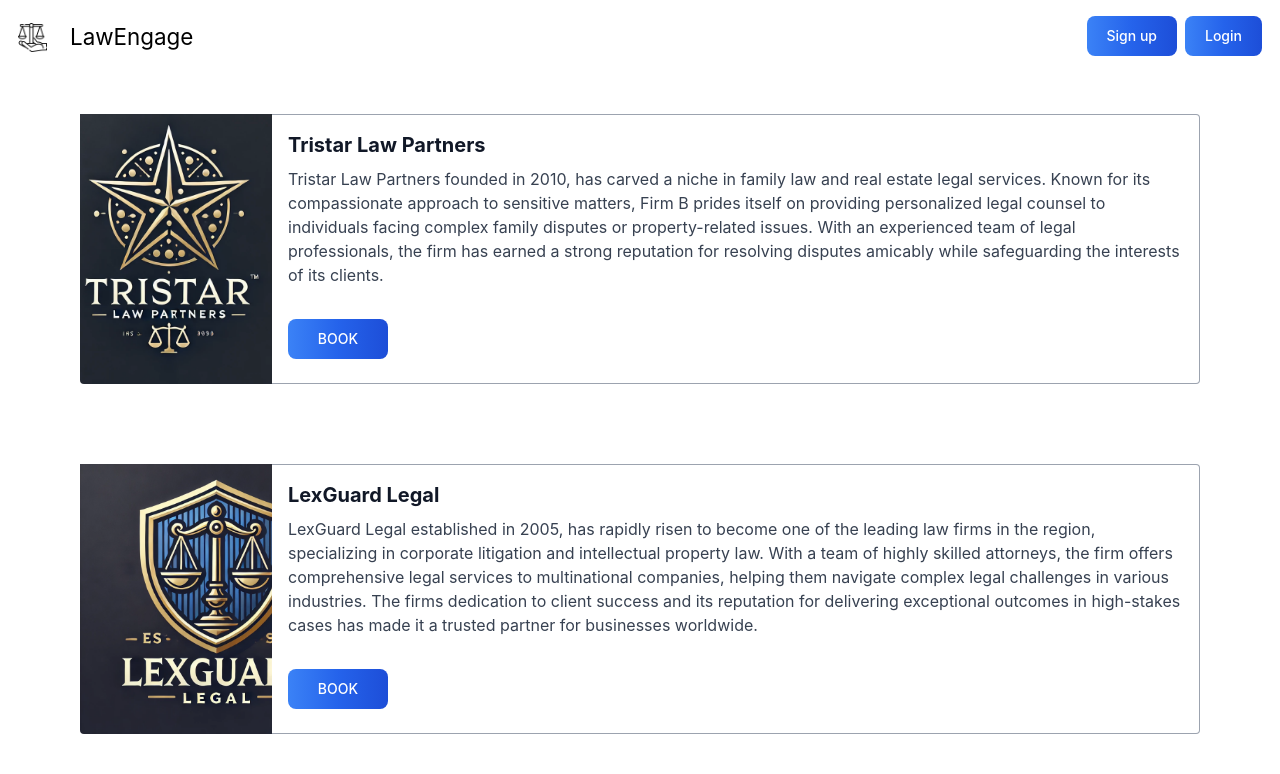
Repository: khushijain8/Lawyer-appointment-application
Page: /book (app in frontend/)
An editor plug-in stored every save of this project. The page is shown before and after the next save, followed by the edit.
The browser window is 1280 px wide. The pictures show the whole page.
The project was rebuilt for these pictures with package versions that can differ from the ones it lists, and the page was loaded fresh each time. Also part of the build but not shown: frontend/src/App.css, frontend/src/components/Signup/Signup.css, frontend/src/components/Signup/Signup.jsx, frontend/src/components/Login/Login.css, frontend/src/components/Login/Login.jsx, frontend/src/components/LawyerHistoryContainer/LawyerHistoryContainer.css, frontend/src/components/LawyerHistoryContainer/LawyerHistoryContainer.jsx, frontend/src/components/Admin/Admin.jsx and 5 more.

Above is the page before, as saved 2025-01-26 19:19:31.

### frontend/src/index.js
import React from 'react';
import ReactDOM from 'react-dom/client';
import './index.css';
import App from './App';
import reportWebVitals from './reportWebVitals';
import {BrowserRouter} from 'react-router-dom';
import {Provider} from 'react-redux';
import {store} from './redux/store';
const root = ReactDOM.createRoot(document.getElementById('root'));
root.render(
  <React.StrictMode>
    <Provider store={store}>
     <BrowserRouter>
      <App />
    </BrowserRouter>
    </Provider>
  </React.StrictMode>
);

// If you want to start measuring performance in your app, pass a function
// to log results (for example: reportWebVitals(console.log))
// or send to an analytics endpoint. Learn more: https://bit.ly/CRA-vitals
reportWebVitals();

### frontend/src/App.js
import './App.css';

import {Route,Routes} from 'react-router-dom';
import Signup from './components/Signup/Signup';
import {Login} from './components/Login/Login';
import Navbar from './components/Navbar/Navbar';
import Book from './components/Book/Book';
import Admin from './components/Admin/Admin';
import FrontPage from './components/FrontPage/FrontPage';
import Firm from './components/Firms/Firm';
import LawyerHistoryContainer from './components/LawyerHistoryContainer/LawyerHistoryContainer';

function App() {
  return (
    <>
      <Navbar></Navbar>
      <Routes>
        <Route path='/signup' element={<Signup/>}/>
        <Route path='/login' element={<Login/>}/>
        <Route path='/book' element={<Book/>}/>
        <Route path='/' element={<FrontPage/>}/>
        <Route path='/admin' element={<Admin/>}/>
        <Route path='/firm' element={<Firm/>}/>
        <Route path='/admin/firm' element={<LawyerHistoryContainer/>}/>
      </Routes>

    </>
  );
}

export default App;

### frontend/src/redux/store.js
import {configureStore} from '@reduxjs/toolkit'
import LawyerReducer from './Lawyer/lawyerSlice'

export const store=configureStore({
    reducer:{
        lawyer:LawyerReducer
    },
})

### frontend/src/components/Navbar/Navbar.jsx
import React from 'react'
import lawlogo from '../../assets/law.png';
import './Navbar.css';
import {useNavigate} from 'react-router-dom';
function Navbar() {
    const navigate=useNavigate()
  return (
    <>
        <div className='navbar flex-col sm:flex-row '>
            <div className="left-nav">
                <img className = "logo px-2 py-2" src={lawlogo} alt="logo"></img>
                <span className="heading">LawEngage</span>
            </div>
            <div className='right-nav flex justify-center items-center md:order-2'>
                <button class="text-white bg-gradient-to-r from-blue-500 via-blue-600 to-blue-700 hover:bg-gradient-to-br focus:ring-4 focus:outline-none focus:ring-blue-300 dark:focus:ring-blue-800 font-medium rounded-lg text-sm px-5 py-2.5 text-center me-2 mb-2"onClick={()=>navigate('/signup')}>Sign up</button>
                <button class="text-white bg-gradient-to-r from-blue-500 via-blue-600 to-blue-700 hover:bg-gradient-to-br focus:ring-4 focus:outline-none focus:ring-blue-300 dark:focus:ring-blue-800 font-medium rounded-lg text-sm px-5 py-2.5 text-center me-2 mb-2" onClick={()=>navigate('/login')}>Login</button>
            </div>
        </div>

    </>
  )
}

export default Navbar

### frontend/src/components/Book/Book.jsx
import React from 'react'
import { useNavigate } from 'react-router-dom'
import { useDispatch } from 'react-redux';
import { setFirm } from '../../redux/Lawyer/lawyerSlice';
import lexguard from '../../assets/lexguard.png';
import tristar from '../../assets/tristar.png';
import './Book.css';
function Book() {
  const navigate=useNavigate();
  const dispatch=useDispatch();
  const handleClick=(firm)=>{
    dispatch(setFirm(firm));
    navigate('/firm');
  }
  return (
    <>
    <div className='root-div mx-10 ' >
      <div className="max-w-sm w-full lg:max-w-full lg:flex p-10">
        <div className="h-48 lg:h-auto lg:w-48 flex-none bg-cover rounded-t lg:rounded-t-none lg:rounded-l text-center overflow-hidden" style={{ backgroundImage: `url(${tristar})`, backgroundSize: 'cover', backgroundPosition: 'center' }}>
        </div>
        <div className="border-r border-b border-l border-gray-400 lg:border-l-0 lg:border-t lg:border-gray-400 bg-white rounded-b lg:rounded-b-none lg:rounded-r p-4 flex flex-col justify-between leading-normal">
          <div className="mb-8">
            <div className="text-gray-900 font-bold text-xl mb-2">Tristar Law Partners</div>
            <p className="text-gray-700 text-base"> Tristar Law Partners founded in 2010, has carved a niche in family law and real estate legal services. Known for its compassionate approach to sensitive matters, Firm B prides itself on providing personalized legal counsel to individuals facing complex family disputes or property-related issues. With an experienced team of legal professionals, the firm has earned a strong reputation for resolving disputes amicably while safeguarding the interests of its clients.</p>
          </div>
          <button className="book-but text-white bg-gradient-to-r from-blue-500 via-blue-600 to-blue-700 hover:bg-gradient-to-br focus:ring-4 focus:outline-none focus:ring-blue-300 dark:focus:ring-blue-800 font-medium rounded-lg text-sm px-5 py-2.5 text-center me-2 mb-2" onClick={()=>handleClick('firm1')}>BOOK</button>
        </div>
      </div>

      <div className="max-w-sm w-full lg:max-w-full lg:flex p-10">
        <div className="h-48 lg:h-auto lg:w-48 flex-none bg-cover rounded-t lg:rounded-t-none lg:rounded-l text-center overflow:hidden" style={{ backgroundImage: `url(${lexguard})` }}>
        </div>
        <div className="border-r border-b border-l border-gray-400 lg:border-l-0 lg:border-t lg:border-gray-400 bg-white rounded-b lg:rounded-b-none lg:rounded-r p-4 flex flex-col justify-between leading-normal">
          <div className="mb-8">

            <div className="text-gray-900 font-bold text-xl mb-2">LexGuard Legal</div>
            <p className="text-gray-700 text-base">LexGuard Legal established in 2005, has rapidly risen to become one of the leading law firms in the region, specializing in corporate litigation and intellectual property law. With a team of highly skilled attorneys, the firm offers comprehensive legal services to multinational companies, helping them navigate complex legal challenges in various industries. The firms dedication to client success and its reputation for delivering exceptional outcomes in high-stakes cases has made it a trusted partner for businesses worldwide.</p>
          </div>
            <button className="book-but text-white bg-gradient-to-r from-blue-500 via-blue-600 to-blue-700 hover:bg-gradient-to-br focus:ring-4 focus:outline-none focus:ring-blue-300 dark:focus:ring-blue-800 font-medium rounded-lg text-sm px-5 py-2.5 text-center me-2 mb-2" onClick={()=>handleClick('firm2')}>BOOK</button>

        </div>

      </div>
    </div>
    </>
  )
}

export default Book

### frontend/src/redux/Lawyer/lawyerSlice.js
import { createAsyncThunk,createSlice} from "@reduxjs/toolkit"
import axios from 'axios';
const initialState={
    loading:false,
    lawyers:[],
    error:'',
    selectedSlot: {
        lawyerId: null,
        slotIndex: null,
    },
    firm:null,
}

export const fetchLawyers=createAsyncThunk('Lawyer/fetchLawyers',async (_, { getState })=>{
    const { firm } = getState().lawyer;
    return axios
    .get(`http://localhost:8080/lawyers/${firm}`)
        .then((response) => {
            console.log("API Response:", response.data);
            return response.data;
        })
        .catch((error) => {
            console.log("API Error:", error);
            throw error;
        });
})

export const bookSlot = createAsyncThunk("Lawyer/bookSlot", async (_, { getState, rejectWithValue }) => {
    const { firm } = getState().lawyer;
    const {selectedSlot}=getState().lawyer;
    const {lawyerId,slotIndex}=selectedSlot;
    if (!lawyerId || slotIndex === null) {
        return rejectWithValue("Invalid slot or lawyerId");
    }
    try {
      const response = await axios.post(`http://localhost:8080/bookSlot/${firm}`, {
        lawyerId,
        slotIndex,
      });

      console.log("Slot booked successfully:", response.data);
      return { lawyerId, slotIndex };
    } catch (error) {
        console.log(lawyerId,slotIndex);
        console.error("Failed to book slot:", error);
        return rejectWithValue(error.response?.data || "Booking failed");
      }
    }
  );



const lawyerSlice=createSlice({
    name:'lawyer',
    initialState,
    reducers: {
        selectSlot:(state,action)=>{
          state.selectedSlot = action.payload;
        },
        setFirm: (state, action) => {
            state.firm = action.payload;
        }
      },

    extraReducers:builder=>{
        builder.addCase(fetchLawyers.pending,state=>{
            state.loading=true
            console.log("Fetch lawyers faileda");
        })
        builder.addCase(fetchLawyers.fulfilled,(state,action)=>{
            state.loading=false
            state.lawyers=action.payload
            state.error=''
            console.log("Fetch lawyers failedb");
        })
        builder.addCase(fetchLawyers.rejected,(state,action)=>{
            state.loading=false
            state.error=action.error.message
            state.lawyers=[]
            console.log("Fetch lawyers failedc");
        })
        builder.addCase(bookSlot.pending,state=>{
            state.loading=true
            console.log("Fetch lawyers faileda");
        })
        builder.addCase(bookSlot.fulfilled,(state,action)=>{
            state.loading=false
            const {lawyerId,slotIndex}=action.payload;
            const lawyer=state.lawyers.find((l) => l._id === lawyerId);
            if (lawyer) {
              lawyer.availability[slotIndex].isAvailable=false;
            }
        })
        builder.addCase(bookSlot.rejected,(state,action)=>{
            state.loading=false
            state.error=action.error.message
            state.lawyers=[]
            console.log("Fetch lawyers failedc");
        })
    },

})
export const { selectSlot ,setFirm} = lawyerSlice.actions;
export default lawyerSlice.reducer;

### frontend/src/components/Navbar/Navbar.css
.logo{
    width:45px;
    height:45px;
}
.navbar{
    margin:10px;
    display:flex;
    justify-content : space-between;
}
.left-nav{
    display: flex;
    justify-content: start;
    gap:15px;
    align-items:center; /* for heading (lawengage to be at the center of the logo)*/
}

.right-nav{
    margin-top:6px;
}
.heading{
    font-size: 1.4rem;
    font-weight: normal;
}

### frontend/src/components/Book/Book.css
.book-but{
    width:100px;
}

Loaded but not shown: frontend/public/index.html (common file); frontend/src/index.css (common file); frontend/src/reportWebVitals.js (common file); frontend/tailwind.config.js (common file)

After the next save:
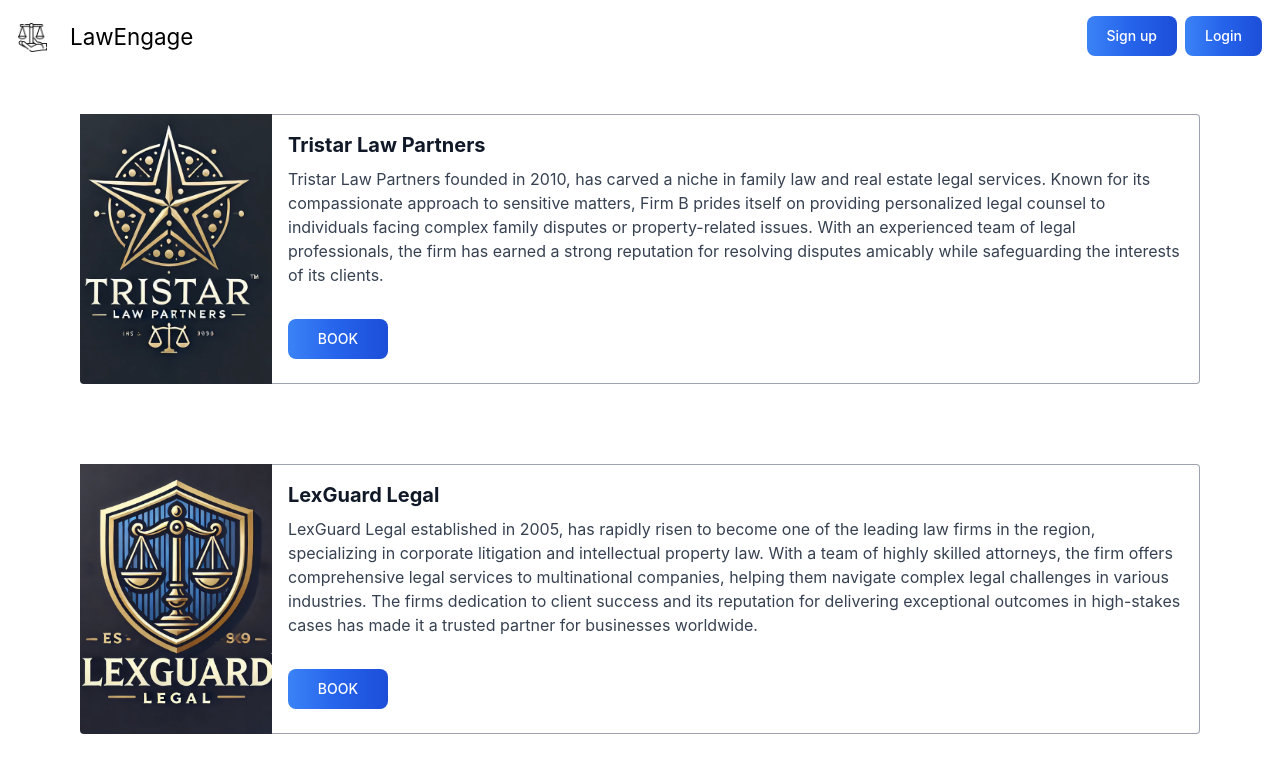
Saved 69 s later.
--- a/frontend/src/components/Book/Book.jsx
+++ b/frontend/src/components/Book/Book.jsx
@@ -28,7 +28,7 @@ function Book() {
       </div>
 
       <div className="max-w-sm w-full lg:max-w-full lg:flex p-10">
-        <div className="h-48 lg:h-auto lg:w-48 flex-none bg-cover rounded-t lg:rounded-t-none lg:rounded-l text-center overflow:hidden" style={{ backgroundImage: `url(${lexguard})` }}>
+        <div className="h-48 lg:h-auto lg:w-48 flex-none bg-cover rounded-t lg:rounded-t-none lg:rounded-l text-center overflow-hidden" style={{ backgroundImage: `url(${lexguard})`, backgroundSize: 'cover', backgroundPosition: 'center' }}>
         </div>
         <div className="border-r border-b border-l border-gray-400 lg:border-l-0 lg:border-t lg:border-gray-400 bg-white rounded-b lg:rounded-b-none lg:rounded-r p-4 flex flex-col justify-between leading-normal">
           <div className="mb-8">
